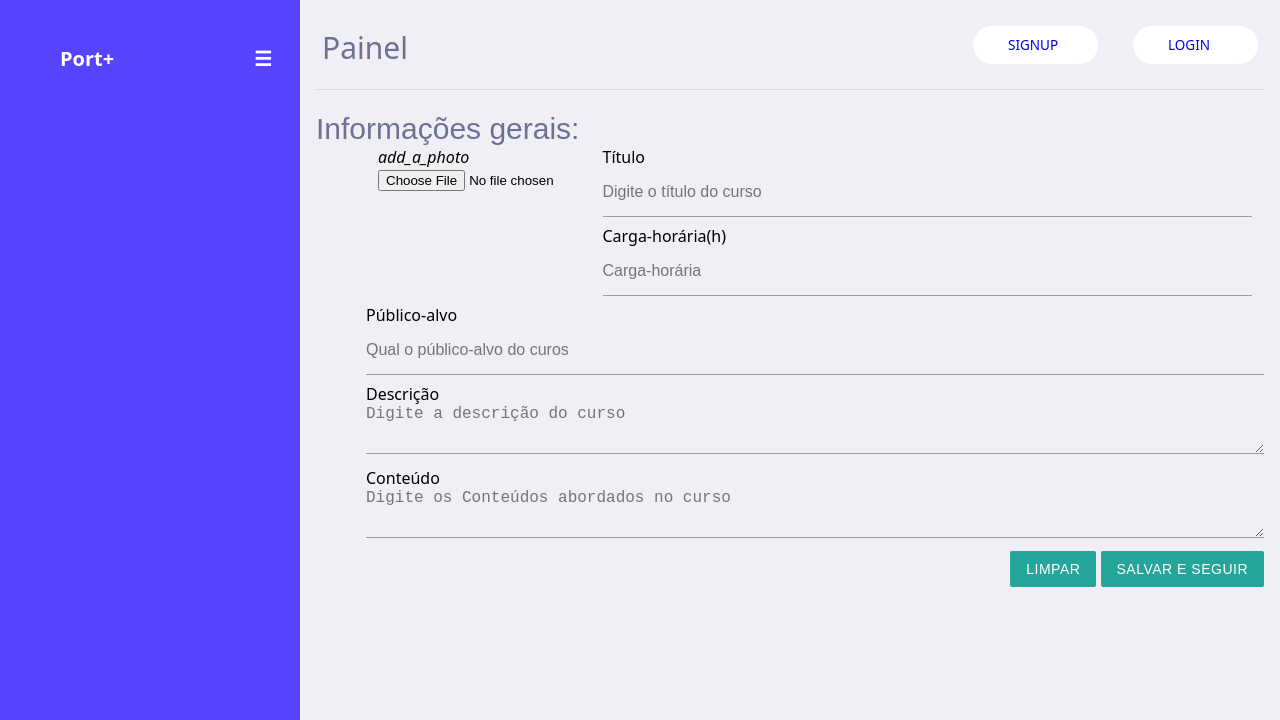
Repository: LauraMViana/Port-plus
Page: http://localhost/portPlus/criarCurso/criarCurso
The author's editor kept a copy of each file at every save. The page is drawn from the files as they stood at one save, then again after the next save.
The browser window is 1280 px wide. The pictures show the whole page.
The page is this project's Thymeleaf template; nobody is signed in. The template is opened directly, without the code that normally fills it, so the values that code supplies are empty.

Above is the page before, as saved 2022-01-02 16:47:25.

After the next save:
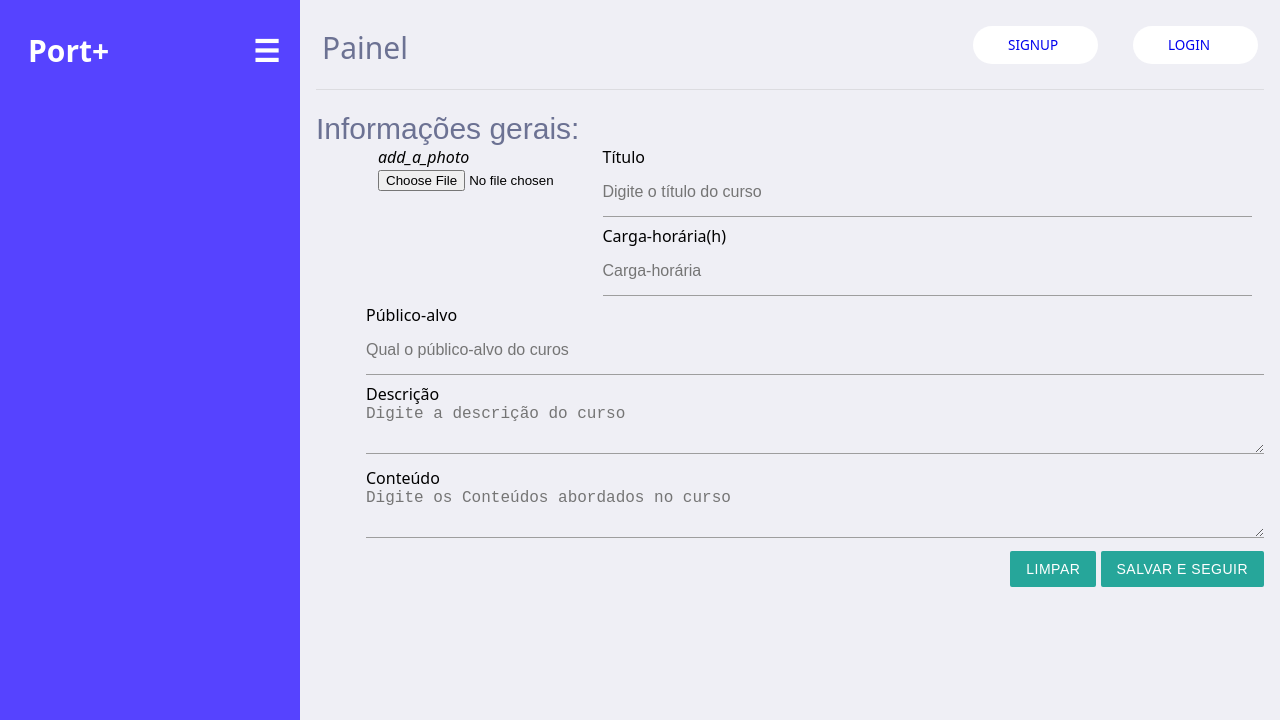
Saved 16 s later.
--- a/port/src/main/resources/templates/menu.html
+++ b/port/src/main/resources/templates/menu.html
@@ -13,11 +13,9 @@
 	<div th:fragment="navside">
 
 		<div id="mySidenav" class="sidenav">
-			<a href="/">
-				<p class="logo">
-					Port+<span class="menu">&#9776;</span>
-				</p>
-			</a>
+			<p class="logo">
+				Port+ <span class="menu">&#9776;</span>
+			</p>
 			<p class="logo1">
 				<span class="menu1">&#9776;</span>
 			</p>
